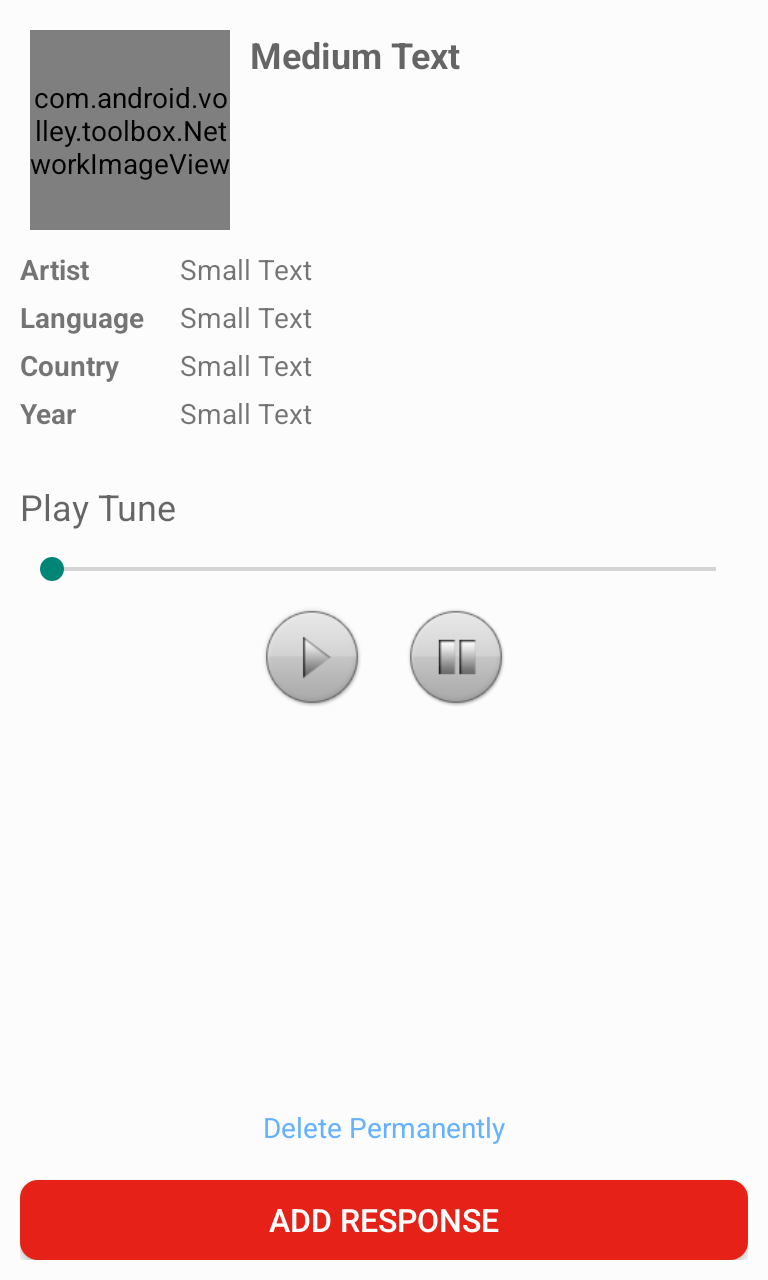
Repository: savindra/cutting-edge
Layout: Humzearch/res/layout/view_tune_item.xml
An editor plug-in stored every save of this project. The layout is shown before and after the next save, followed by the edit.
Pictures or frames that could not be fetched are drawn as grey boxes. It is drawn on a 768 x 1280 px phone screen (xhdpi) without system bars, with theme AppTheme.BackButton; the app's code is not run.

Above is the layout before, as saved 2015-06-22 16:40:02.

After the next save:
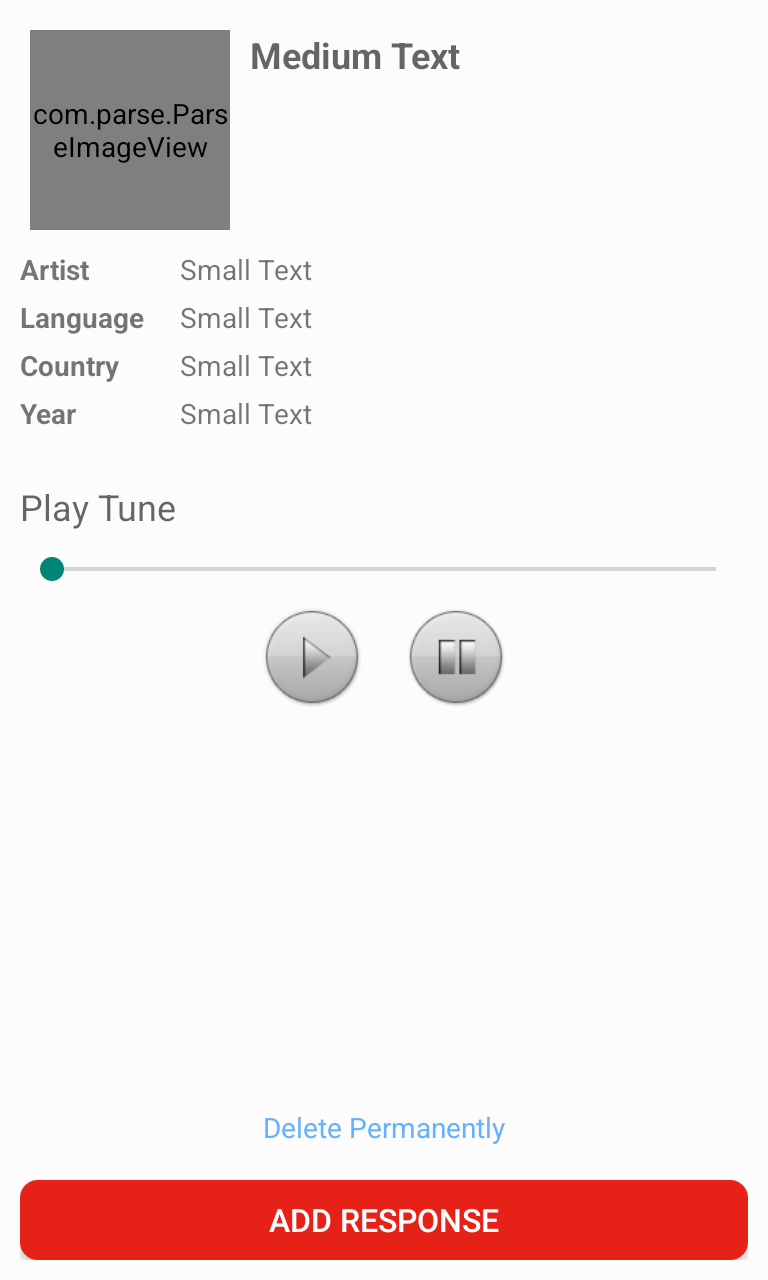
Saved 78 min 15 s later.
--- a/Humzearch/res/layout/view_tune_item.xml
+++ b/Humzearch/res/layout/view_tune_item.xml
@@ -9,7 +9,7 @@
     android:background="@color/background"
     android:orientation="vertical" >
 
-    <com.android.volley.toolbox.NetworkImageView
+    <com.parse.ParseImageView
         android:id="@+id/imgViewTuneItemUser"
         android:layout_width="100dp"
         android:layout_height="100dp"
